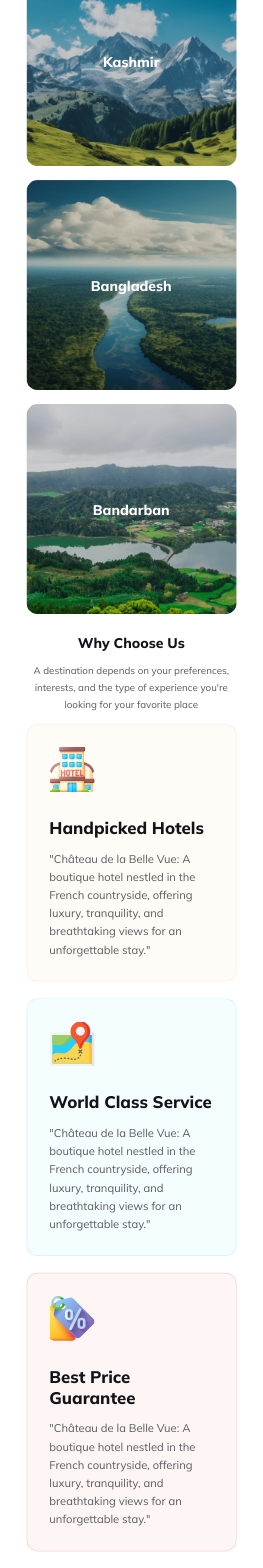
Repository: ShouravAhammed/Assignment-2
Page: index.html
These files come from the project's save history. The page is drawn as it stood at one moment and after the next save; the edit follows.
The browser window is 375 px wide. The pictures show the part of the page from y = 3286 to 5526 px (the page is 5526 px tall before and 5403 px after), at 70% of full size.
Some web libraries are served in a nearby version.

Above is the page before, as saved 2024-01-16 17:22:12.

### index.html
<!DOCTYPE html>
<html lang="en">
<head>
    <meta charset="UTF-8">
    <meta name="viewport" content="width=device-width, initial-scale=1.0">
    <!-- website title -->
    <title>Easy Travel</title>
    <!-- linked font awesome -->
    <script src="https://kit.fontawesome.com/0d98d502eb.js" crossorigin="anonymous"></script>
    <!-- linked favicon -->
    <link rel="shortcut icon" href="Images/Group 40071 (2).png" type="image/x-icon">
    <!-- linked css -->
    <link rel="stylesheet" href="styles/style.css">
</head>
<body>
    <!-- header part start -->
    <header id="header">
        <div class="container">
            <nav class="navigation">
                    <a class="website-name" href="">
                        <img src="Images/Group 40071 (2).png" alt="">
                        <h3 class="web-text">Easy <span class="web-text-color">Travel</span></h3>
                    </a>
                    <input type="checkbox" id="check">
                    <label for="check" class="checkbtn"><i class="fa-solid fa-bars"></i></label>
                    <ul class="nav">
                        <li><a class="active" href="">Home</a></li>
                        <li><a href="">Packages</a></li>
                        <li><a href="">Testimonial</a></li>
                        <li><a href="">Blog</a></li>
                        <li><a href="">Contact</a></li>
                    </ul>
                </nav>

                <section id="banner">
                    <div class="banner-container">
                        <div class="banner-text">
                            <h2 class="banner-title">Explore Your Travel</h2>
                        <p class="banner-description">Share your destination, interests, and preferences, and I'll assist in crafting a personalized itinerary for your unforgettable journey.</p>
                        </div>
                        <form class="banner-form" action="">
                            <input type="text" placeholder="Where go">
                            <select name="" id="">
                                <option value="">When</option>
                                <option value="">10:00pm</option>
                                <option value="">12:00am</option>
                                <option value="">3:00pm</option>
                                <option value="">01:00pm</option>
                            </select>
                            <select name="" id="">
                                <option value="">Select Type</option>
                                <option value="">Maldives</option>
                                <option value="">Srilanka</option>
                                <option value="">Bangladesh</option>
                                <option value="">Bandarban</option>
                                <option value="">North America</option>
                            </select>
                            <button class="primary-btn"><i class="fa-solid fa-magnifying-glass"></i> Find Now</button>
                        </form>
                    </div>
                </section>
        </div>
    </header>
    <!-- header part end -->
    <!-- main part start -->
    <main>
        <section id="tour">
            <div class="container">
                <div class="tour-container">
                    <div class="tour-text">
                        <h3 class="primary-title">Our Popular Tours</h3>
                        <p class="primary-description">Discover scenic wonders, cultural gems, and thrilling adventures with our popular tours—crafted for memorable experiences and lasting memories.</p>
                        <ul class="tour-list">
                            <li>Tempus euismod lacus mauris dignissim quis in ultrices. Magna nullam odio neque diam. Sociis erat at .</li>
                            <li>Adipiscing ornare pellentesque mauris volutpat tortor vitae platea porta lacus. Lectus suspendisse nullam.</li>
                            <li>Amet consectetur. Vulputate commodo felis molestie risus
                                ornare nulla amet et. Libero commodo sagittis dignissim adipiscing quis. Habitant adipiscing risus natoque aliquet. Id bibendum nunc senectus semper tincidunt.
                            </li>
                        </ul>
                        <p class="primary-description">Embark on unforgettable journeys with our popular tours. From cultural escapades to thrilling adventures, our meticulously crafted experiences promise to create lasting memories in breathtaking destinations worldwide.</p>
                        <button class="primary-btn">Read More</button>
                    </div>
                    <div class="tour-img">
                        <img src="Images/Rectangle 4.png" alt="tour-img">
                    </div>
                </div>
            </div>
        </section>
        <!-- destination section part -->
        <section id="destination">
            <div class="container">
                <dive class="destination-container">
                    <div class="primary-text">
                        <h3 class="primary-title">Choose Your Destination</h3>
                    <p class="primary-description">A destination depends on your preferences, interests, and the type of experience you're looking for......</p>
                    </div>
                    <div class="destination-content">
                        <div class="destination-img" id="img1">
                            <img src="Images/Rectangle 5.png" alt="">
                            <h3 class="destination-img-title">Maldives</h3>
                        </div>
                        <div class="destination-img" id="img2">
                            <img src="Images/Rectangle 8.png" alt="">
                            <h3 class="destination-img-title">Indonesia</h3>
                        </div>
                        <div class="destination-img" id="img3">
                            <img src="Images/Rectangle 6.png" alt="">
                            <h3 class="destination-img-title">Srilanka</h3>
                        </div>
                        <div class="destination-img" id="img4">
                            <img src="Images/Rectangle 7.png" alt="">
                            <h3 class="destination-img-title">North America</h3>
                        </div>
                        <div class="destination-img" id="img5">
                            <img src="Images/Rectangle 9.png" alt="">
                            <h3 class="destination-img-title">Kashmir</h3>
                        </div>
                        <div class="destination-img" id="img6">
                            <img src="Images/Rectangle 11.png" alt="">
                            <h3 class="destination-img-title">Bangladesh</h3>
                        </div>
                        <div class="destination-img" id="img7">
                            <img src="Images/Rectangle 10.png" alt="">
                            <h3 class="destination-img-title">Bandarban</h3>
                        </div>
                    </div>
                </dive>
            </div>
        </section>
        <!-- why choose us section part -->
        <section id="choose">
            <div class="container">
                <div class="choose-container">
                    <div class="primary-text">
                        <h3 class="primary-title">Why Choose Us</h3>
                    <p class="primary-description">A destination depends on your preferences, interests, and the type of experience you're looking for your favorite place</p>
                    </div>
                    <div class="choose-content">
                        <div class="choose-boxes box-yellow">
                            <img src="icons/hotel.svg" alt="">
                            <h3 class="choose-title">Handpicked Hotels</h3>
                            <p class="choose-description">"Château de la Belle Vue: A boutique hotel nestled in the French countryside, offering luxury, tranquility, and breathtaking views for an unforgettable stay."</p>
                        </div>
                        <div class="choose-boxes box-sky">
                            <img src="icons/map.svg" alt="">
                            <h3 class="choose-title">World Class Service</h3>
                            <p class="choose-description">"Château de la Belle Vue: A boutique hotel nestled in the French countryside, offering luxury, tranquility, and breathtaking views for an unforgettable stay."</p>
                        </div>
                        <div class="choose-boxes box-darkyellow">
                            <img src="icons/price.svg" alt="">
                            <h3 class="choose-title">Best Price Guarantee</h3>
                            <p class="choose-description">"Château de la Belle Vue: A boutique hotel nestled in the French countryside, offering luxury, tranquility, and breathtaking views for an unforgettable stay."</p>
                        </div>
                    </div>
                </div>
            </div>
        </section>
    </main>
    <!-- main part end -->
    <!-- footer part start -->
    <footer>

    </footer>
    <!-- footer part end -->
</body>
</html>

### styles/style.css
/* Import Fonts From Google Fonts */
@import url('https://fonts.googleapis.com/css2?family=Mulish:ital,wght@0,200;0,300;0,400;0,500;0,600;0,700;0,800;0,900;0,1000;1,200;1,300;1,400;1,500;1,600;1,700;1,800;1,900;1,1000&display=swap');@import url('https://fonts.googleapis.com/css2?family=Mulish:ital,wght@0,200;0,300;0,400;0,500;0,600;0,700;0,800;0,900;0,1000;1,200;1,300;1,400;1,500;1,600;1,700;1,800;1,900;1,1000&display=swap');

/* color clearance */
:root{
    --primary-color: #FF5400;
    --secondary-color: #131318;
    --third-color: #fff;
}

/* all default size off */
*{
    margin: 0;
    padding: 0;
    outline: 0;
    box-sizing: border-box;
}
/* container display measuring size*/
.container{
    width: 80%;
    margin: 0 auto;
}
/* primary title, description and button */
.primary-title{
    color: var(--secondary-color);
    font-family: Mulish;
    font-size: 2.5rem;
    font-weight: 800;
}
.primary-description{
    color: rgba(19, 19, 24, 0.70);
    font-family: Mulish;
    font-size: 1rem;
    font-weight: 400;
    line-height: 26px;
    margin: 16px 0;
}
/* navigation css style */
.navigation{
    display: flex;
    align-items: center;
    justify-content: space-between;
    margin: 40px 0;
}
.website-name{
    display: flex;
    align-items: center;
    gap: 16px;
    text-decoration: none;
}
.website-name img{
    width: 48px;
}
.website-name .web-text{
    color: var(--secondary-color);
    font-family: Mulish;
    font-size: 2.25rem;
    font-weight: 800;
}
.website-name .web-text-color{
    color: var(--primary-color);
}


.checkbtn{
    font-size: 1.75rem;
    color: #131318;
    display: none;
}
#check{
    display: none;
}



.navigation > .nav{
    display: flex;
    align-items: center;
    gap: 44px;
}
.nav > li{
    list-style: none;
}
.nav > li a{
    color: #424247;
    font-family: Mulish;
    font-size: 1.125rem;;
    font-weight: 400;
    text-decoration: none;
    transition: all ease 0.3s;
}
.nav > li a.active, .nav > li a:hover{
    color: var(--primary-color);
}

#banner{
    background-image: linear-gradient(180deg, rgba(19, 19, 24, 0.80) 0%, rgba(19, 19, 24, 0.00) 100%), url(../Images/Group13.png);
    background-position: center;
    background-size: cover;
    background-repeat: no-repeat;
    height: 80vh;
    border-radius: 16px;
}
.banner-text{
    padding-top: 106px;
    width: 676px;
    margin: 0 auto 48px auto;
    text-align: center;
}
.banner-text .banner-title{
    color: #FFF;
    font-family: Mulish;
    font-size: 4rem;
    font-weight: 800;
}
.banner-text .banner-description{
    color: #FFF;
    font-family: Mulish;
    font-size: 1rem;
    font-weight: 400;
    line-height: 26px;
    margin-top: 24px;
}
.banner-form{
    border-radius: 8px;
    background: rgba(255, 255, 255, 0.30);
    width: 816px;
    padding: 16px 0px;
    margin: 0 auto;
    text-align: center;
    display: flex;
    align-items: center;
    justify-content: space-evenly;
}
.banner-form input, .banner-form select{
    color: rgba(19, 19, 24, 0.50);
    border-radius: 8px;
    background: #FFF;
    font-family: Mulish;
    font-size: 1rem;
    font-weight: 400;
    padding: 14px;
    border: 2px solid transparent;
    transition: all ease 0.5s;
    width: 200px;
}
.banner-form input:hover{
    border: 2px solid var(--primary-color);
}
.banner-form select:hover{
    border: 2px solid var(--primary-color);
}
.primary-btn{
    color: #FFF;
    font-family: Mulish;
    font-size: 16px;
    font-weight: 700;
    border-radius: 8px;
    background: #FF5400;
    border: none;
    padding: 14px 25px;
    border:  2px solid transparent;
    transition: all ease 0.5s;
}
.primary-btn:hover{
    border: 2px solid var(--primary-color);
    background: #fff;
    color: var(--primary-color);
}



/* tour section css style */
#tour{
    margin: 100px 0;
}
.tour-container{
    display: flex;
    gap: 53px;
    align-items: center;
}
.tour-text{
    width: 47%;
}
.tour-img{
    width: 52%;
}
.tour-img img{
    width: 100%;
}
.tour-list > li{
    color: rgba(19, 19, 24, 0.70);
    font-family: Mulish;
    font-size: 1rem;
    font-weight: 400;
    line-height: 26px;
}
/* destination section css style */

.primary-text{
    width: 643px;
    margin: 0 auto;
    text-align: center;
}
.destination-content{
    display: grid;
    grid-template-columns: repeat(12, 1fr);
    grid-template-rows: repeat(3, 1fr);
    gap: 24px;
    margin-top: 48px;
}
.destination-img {
    position: relative;
    transition: all ease 0.3s;
}
.destination-img:hover{
    filter: grayscale(1);
    transform: scale(1.03);
}
.destination-img .destination-img-title{
    position: absolute;
    top: 0;
    left: 0;
    width: 100%;
    height: 100%;
    display: flex;
    align-items: center;
    justify-content: center;
    color: #FFF;
    font-family: Mulish;
    font-size: 1.75rem;
    font-weight: 800;
}
.destination-img img{
    width: 100%;
    height: 300px;
    object-fit: cover;
    border-radius: 16px;
    background: linear-gradient(0deg, rgba(19, 19, 24, 0.20) 0%, rgba(19, 19, 24, 0.20) 100%);
}
#img1{
    grid-column: 1/ span 6;
    grid-row: 1/ span 1;
}
#img2{
    grid-column: 7/ span 6;
    grid-row: 1/ span 1;
}
#img3{
    grid-column: 1/ span 4;
    grid-row: 2/ span 1;
}
#img4{
    grid-column: 5/ span 5;
    grid-row: 2/ span 1;
}
#img5{
    grid-column: 10/ span 3;
    grid-row: 2/ span 1;
}
#img6{
    grid-column: 1/ span 5;
    grid-row: 3/ span 1;
}
#img7{
    grid-column: 6/ span 7;
    grid-row: 3/ span 1;
}


/* Choose section css style */
#choose{
    margin: 100px 0;
}
.choose-content{
    display: flex;
    gap: 24px;
    flex-wrap: wrap;
    align-items: center;
    justify-content: center;
    margin-top: 48px;
}
.choose-boxes{
    padding: 32px 16px;
    width: 509px;
    border-radius: 16px;
}
.choose-boxes img{
    width: 64px;
}
.box-yellow{
    border: 1px solid rgba(251, 181, 99, 0.20);
    background: rgba(251, 181, 99, 0.05);
}
.box-sky{
    border: 1px solid rgba(41, 206, 246, 0.20);
    background: rgba(41, 206, 246, 0.05);
}
.box-darkyellow{
    border: 1px solid rgba(233, 68, 68, 0.20);
    background: rgba(233, 68, 68, 0.05);
}
.choose-boxes .choose-title{
    color: var(--secondary-color);
    font-family: Mulish;
    font-size: 1.5rem;
    font-weight: 800;
    margin-top: 32px;
    margin-bottom: 16px;
}
.choose-boxes .choose-description{
    color: #5A5A5D;
    font-family: Mulish;
    font-size: 1rem;
    font-weight: 400;
    line-height: 26px;
}






/* mobile device */
@media only screen and (max-width: 576px){


    /* primary  */
    .primary-title{
        font-size: 1.25rem;
    }
    .primary-description{
        font-size: 0.875rem;
        line-height: 24px;
    }









    /* navigation mobile device part css style */
    .navigation{
        margin: 35px 0;
    }
    .checkbtn{
        display: block;
    }
    .navigation > .nav{
        flex-direction: column;
        gap: 20px;
        padding-top: 30px;
        position: fixed;
        width: 100%;
        height: 50vh;
        background: #fff;
        top: 80px;
        left: -100%;
        text-align: center;
        transition: all ease 0.3s;
    }
    #check{
        display: none;
    }
    #check:checked ~ ul{
        left: 0;
    }

    /* banner mobile device section css style */
    .banner-text {
        padding-top: 32px;
        width: 100%;
        margin-bottom: 32px;
    }
    .banner-text .banner-title{
        font-size: 1.375rem;
    }
    .banner-text .banner-description{
        font-size: 0.875rem;
        line-height: 21px;
    }
    .banner-form input, .banner-form select{
        width: 100%;
    }
    .banner-form {
        width: 85%;
        padding: 16px 20px;
        flex-direction: column;
        gap: 16px;
    }


    /* tour mobile device section css style */
    #tour{
        margin: 24px 0;
    }
    .tour-container {
        gap: 24px;
        flex-direction: column;
    }
    .tour-text{
        width: 100%;
    }
    .tour-list > li{
        font-size: 0.875rem;
        line-height: 24px;
    }
    .tour-img{
        width: 100%;
    }

    /* destination mobile device section css style */
    .primary-text {
        width: 100%;
    }
    .destination-content{
        display: grid;
        grid-template-columns: repeat(12, 1fr);
        grid-template-rows: repeat(7, 1fr);
        gap: 16px;
    }
    #img1{
        grid-column: 1/ span 12;
        grid-row: 1/ span 1;
    }
    #img2{
        grid-column: 1/ span 12;
        grid-row: 2/ span 1;
    }
    #img3{
        grid-column: 1/ span 12;
        grid-row: 3/ span 1;
    }
    #img4{
        grid-column: 1/ span 12;
        grid-row: 4/ span 1;
    }
    #img5{
        grid-column: 1/ span 12;
        grid-row: 5/ span 1;
    }
    #img6{
        grid-column: 1/ span 12;
        grid-row: 6/ span 1;
    }
    #img7{
        grid-column: 1/ span 12;
        grid-row: 7/ span 1;
    }
    .destination-img .destination-img-title {
        font-size: 1.25rem;
    }
    /* choose section css style */
    #choose{
        margin: 24px 0;
    }
    .choose-content {
        margin-top: 16px;
    }
    .choose-boxes{
        width: 100%;
        padding: 32px 32px;
    }
    .choose-title{
        font-size: 1.25rem;
    }
    .choose-description{
        font-size: 0.875rem;
    }
}

After the next save:
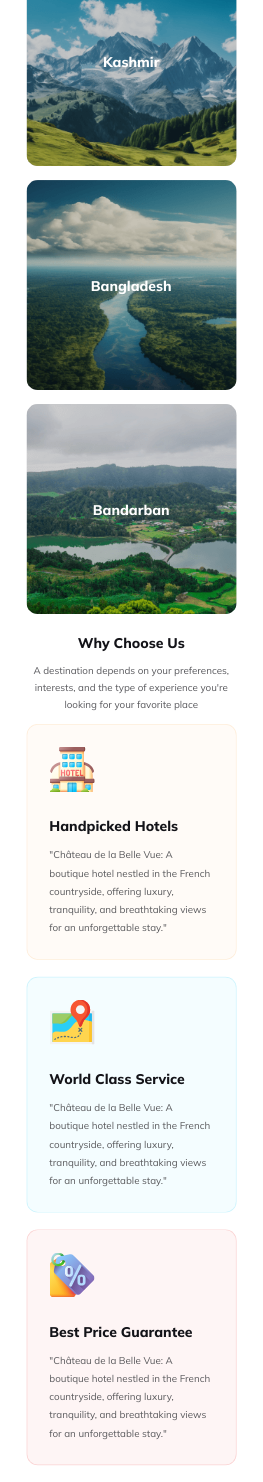
Saved 58 s later.
--- a/styles/style.css
+++ b/styles/style.css
@@ -464,10 +464,11 @@
         width: 100%;
         padding: 32px 32px;
     }
-    .choose-title{
+    .choose-boxes .choose-title{
         font-size: 1.25rem;
-    }
-    .choose-description{
+
+    }
+    .choose-boxes .choose-description{
         font-size: 0.875rem;
     }
 }
